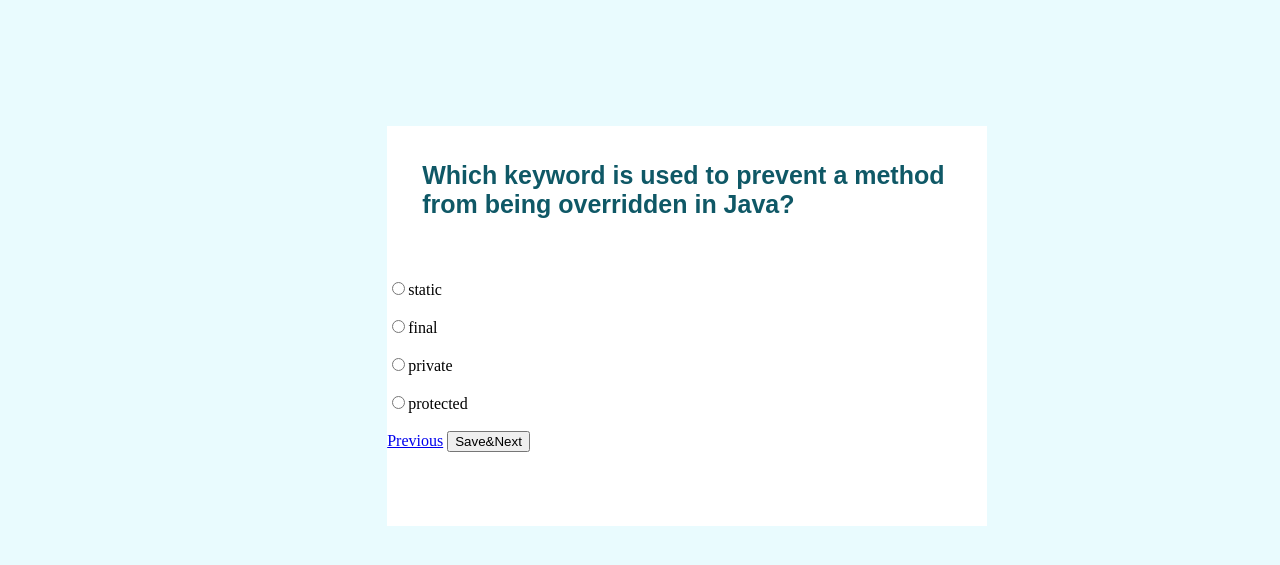
Repository: Rupali-8062Chourasiya5279/Internship_Task_Rupali
Page: Programming Language/quiz/QuizApp/src/main/webapp/Fifth.html
An editor plug-in stored every save of this project. The page is shown before and after the next save, followed by the edit.
The browser window is 1280 px wide. The pictures show the whole page.

Above is the page before, as saved 2025-01-24 13:56:43.

After the next save:
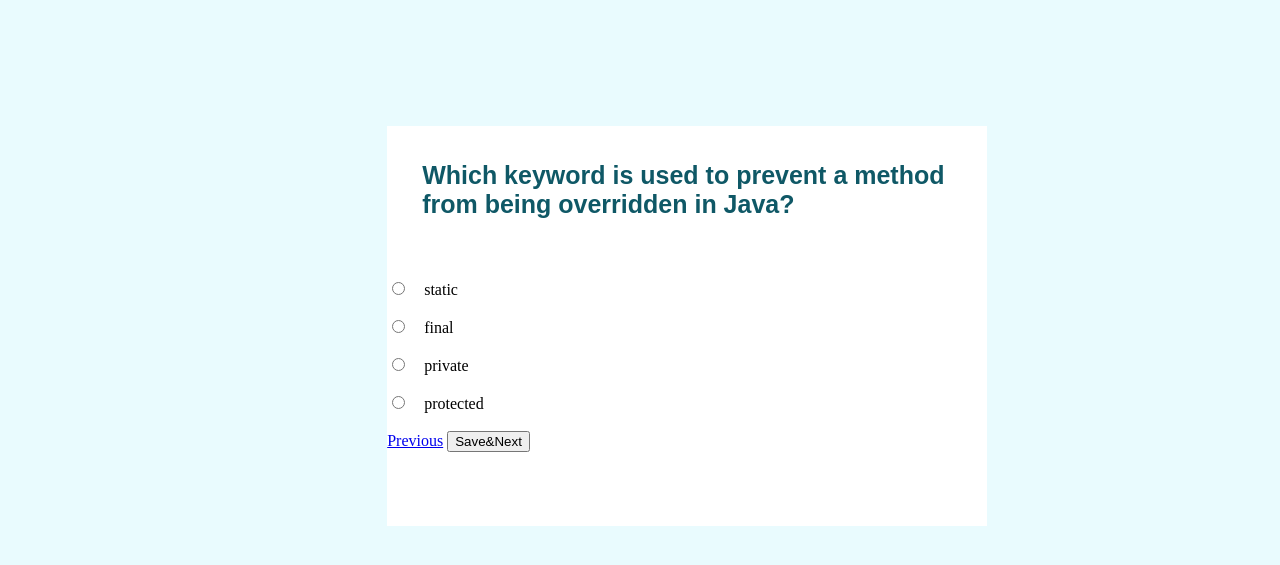
Saved 14 s later.
--- a/Programming Language/quiz/QuizApp/src/main/webapp/Fifth.html
+++ b/Programming Language/quiz/QuizApp/src/main/webapp/Fifth.html
@@ -61,10 +61,10 @@ margin-top: 10%;
 	<form action="Fifth">
 	<div id="div1">
 	<h3>Which keyword is used to prevent a method from being overridden in Java?</h3>
-	<input type="radio" name="q5" value="static">static</input><br><br>
-	<input type="radio" name="q5" value="final">final</input><br><br>
-	<input type="radio" name="q5" value="private">private</input><br><br>
-	<input type="radio" name="q5" value="protected">protected</input><br><br>
+	<input type="radio" name="q5" value="static">&emsp;static</input><br><br>
+	<input type="radio" name="q5" value="final">&emsp;final</input><br><br>
+	<input type="radio" name="q5" value="private">&emsp;private</input><br><br>
+	<input type="radio" name="q5" value="protected">&emsp;protected</input><br><br>
 	<a href="Fourth.html">Previous</a>
 	<input type="submit" value="Save&Next">
 	</div>
